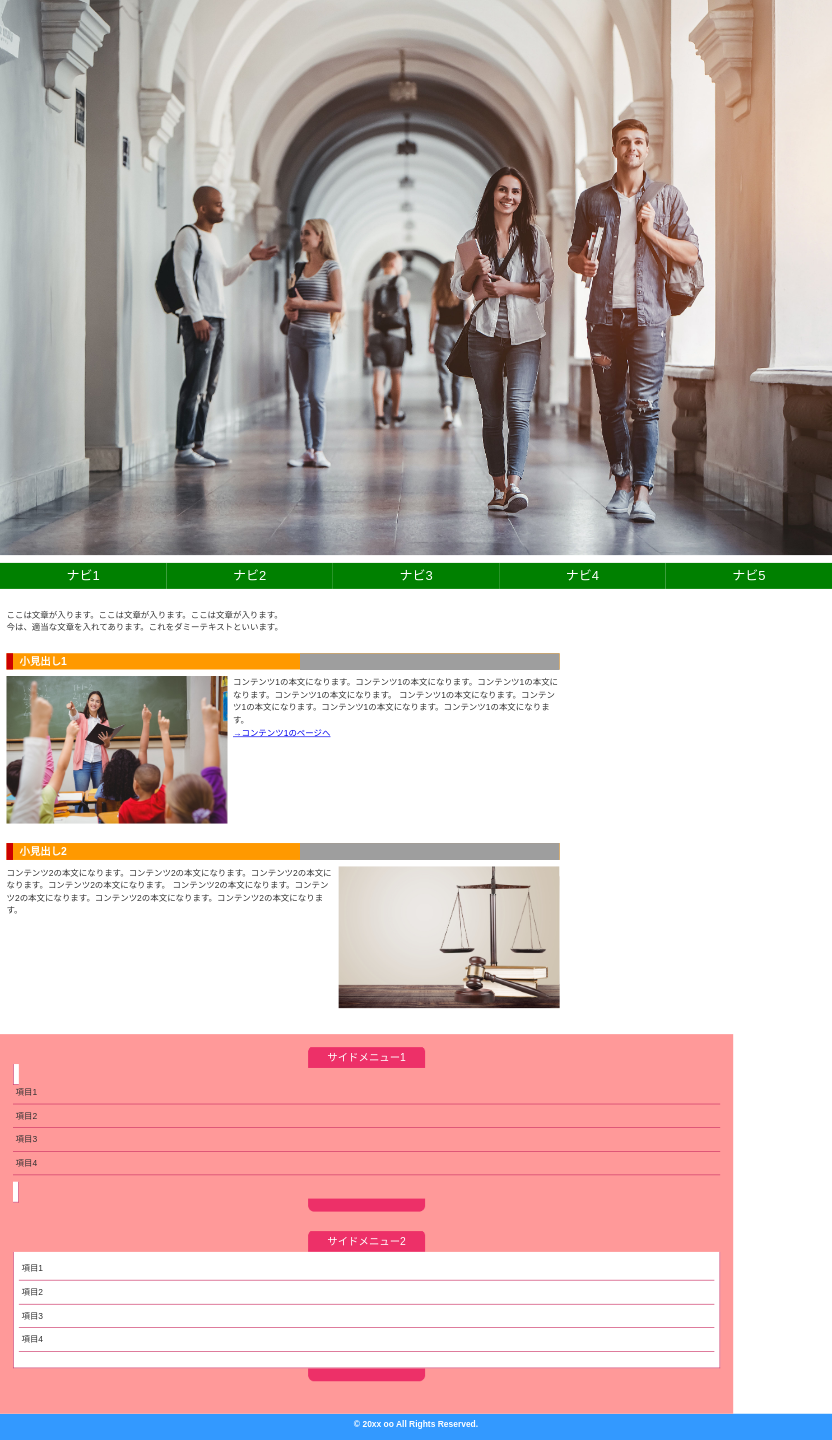
Repository: iDicek/samurai_HTML-CSS
Page: home.html
The author's editor kept a record of every edit. The page is drawn from the files as they stood at one moment, then again after the next edit.
The browser window is 1280 px wide. The pictures show the whole page, at 65% of full size.
Pictures or frames that could not be fetched are drawn as grey boxes.

Above is the page before.

### home.html
<!DOCTYPE html>
<html lang="ja">
    <head>
       <meta charset="UTF-8">
       <title>HTML/CSSの学習</title>
       <link rel="stylesheet" href="stylesheet.css"
    </head>
    <body>
        <div id="header">
            <h1><a href="index.html"><img id="corridor" src="images/corridor.jpg" alt="大学の廊下"></a></h1>
        </div>
        <div id="wrapper">
            <div id="nav">
                <ul>
                    <li><a href="home.html">ナビ1</a></li>
                    <li><a href="#">ナビ2</a></li>
                    <li><a href="#">ナビ3</a></li>
                    <li><a href="#">ナビ4</a></li>
                    <li><a href="#">ナビ5</a></li>
                </ul>
            </div>
                <div id="container">
                    <div id="main">
                        <div class="post">
                            <p>ここは文章が入ります。ここは文章が入ります。ここは文章が入ります。<br/>今は、適当な文章を入れてあります。これをダミーテキストといいます。</p>
                        </div>
                        <div class="post clearfix">
                            <h2>小見出し1</h2>
                            <img class="left" src="images/classroom.jpg" alt="授業風景"/>
                            <p>
                                コンテンツ1の本文になります。コンテンツ1の本文になります。コンテンツ1の本文になります。コンテンツ1の本文になります。
                                コンテンツ1の本文になります。コンテンツ1の本文になります。コンテンツ1の本文になります。コンテンツ1の本文になります。
                            </p>
                            <p><a href="#">→コンテンツ1のページへ</a></p>
                        </div>
                        <div class="post clearfix">
                            <h2>小見出し2</h2>
                            <img class="right" src="images/scale.jpg" alt="天秤"/>
                            <p>
                                コンテンツ2の本文になります。コンテンツ2の本文になります。コンテンツ2の本文になります。コンテンツ2の本文になります。
                                コンテンツ2の本文になります。コンテンツ2の本文になります。コンテンツ2の本文になります。コンテンツ2の本文になります。
                            </p>
                        </div>
                    </div>
                </div>
                <div id="side">
                    <div class="box">
                        <h2>サイドメニュー1</h2>
                        <dix class="boxBody">
                            <ul>
                                <li>項目1</li>
                                <li>項目2</li>
                                <li>項目3</li>
                                <li>項目4</li>
                            </ul>
                        </dix>
                    </div>
                    <div class="box">
                        <h2>サイドメニュー2</h2>
                        <div class="boxBody">
                            <ul>
                                <li>項目1</li>
                                <li>項目2</li>
                                <li>項目3</li>
                                <li>項目4</li>
                            </ul>
                        </div>
                    </div>
                </div>
        </div>
        <div id="footer">
            <p>&copy; 20xx oo All Rights Reserved.</p>
        </div>
    </body>
</html>

### stylesheet.css
@charset "utf-8";

body {
	margin: 0;
	padding: 0;
	font-family: "ヒラギノ角ゴ Pro W3", "Hiragino Kaku Gothic Pro", "メイリオ", Meiryo, Osaka, "ＭＳ Ｐゴシック", "MS PGothic", sans-serif;
	color: #333;
	font-size: 13px;
	line-height: 150%;
}

/* -------------------- wrapper -------------------- */
#wrapper {
	width: 100%;
	margin: auto;
	padding: 0px;
	border: 0px;
	background-color: #FFF;
	top: 10px;
	position: relative;
}

/* -------------------- header -------------------- */
#header {
	width: 100%;
}
#header h1 {
	margin: 0;
	padding: 0;
}

#corridor {
	width: 100%;
	height: auto;
}

/* -------------------- footer -------------------- */
#footer {
	clear: both;
	width: 100%;
	padding: 3px 0 3px 0;
	background: #39F;
	color: #FFF;
	font-weight: bold;
	text-align: center;
}

/* -------------------- nav -------------------- */
#nav {
	width: 100%;
}
#nav ul {
	display: flex;
	margin: 0;
	padding: 0;
	list-style-type: none;
}
#nav ul li {
	width: 20%;
	text-align: center;
}
#nav ul li a {
	display: block;
	height: 20px;
	margin: 0;
	padding: 10px;
	color: #FFF;
	font-size: 20px;
	text-decoration: none;
	background-color: green;
}

#nav ul li a:hover {
	filter: drop-shadow(10px 10px 10px black);
}

/* -------------------- container -------------------- */
#container {
	width: 100%;
	margin: auto ;
	padding: auto;
	padding-top: 20px;
	clear: both;
	display: grid;
	grid-template-columns: 70vw 30vw;
}
/* -------------------- main -------------------- */
#main {
	width: 95%;
	padding: 10px 30px 10px 10px;
}
#main h2 {
	margin: 0 0 10px 0;
	padding: 3px 10px 3px 10px;
	color: #FFF;
	font-size: 16px;
	border-left: solid 10px #C00;
	background: #F90 url(../images/main_h2.jpg) right top repeat-y;
}
#main p {
	margin: 0;
	padding: 0;
}
#main .post {
	margin: 0 0 30px 0;
}

#main .post img.right {
	margin: 0 0 0 8px;
}
#main .post img.left {
	margin: 0 8px 0 0;
}

.right {
	float: right;
	width: 40%;
	height: auto;
}
.left {
	float: left;
	width: 40%;
	height: auto;
}

/* -------------------- clearfix -------------------- */
.clearfix {
	zoom: 1;
}
.clearfix:after{
	content: "";
	display: block;
	clear: both;
}

/* -------------------- side -------------------- */
#side {
	width: 85%;
	padding: 20px;
	background-color: #F99;
}
#side .box {
	margin: 0 auto 30px auto;
	padding: 0 0 20px 0;
	background: url(images/side_box.png) bottom no-repeat;
}
#side .box h2 {
	margin: 0;
	padding: 8px;
	text-align: center;
	color: #fff;
	font-size: 16px;
	line-height: 16px;
	font-weight: normal;
	background: url(images/side_box_h2.png) center no-repeat;
}
#side .box .boxBody {
	padding: 8px;
	border-right: solid 1px #C36;
	border-bottom: solid 1px #C36;
	border-left: solid 1px #C36;
	background: #fff;
}
#side .box .boxBody ul {
	margin: 0 0 16px 0;
	padding: 0;
}
#side .box .boxBody ul li {
	padding: 8px 0 8px 4px;
	list-style: none;
	border-bottom: solid 1px #C36;
}

#side .box .boxBody ul li:hover {
	padding: 8px 0 8px 4px;
	list-style: none;
	border-bottom: solid 1px #C36;
	box-shadow: 0px 4px 4px rgba(0, 0, 0, 0.3);
}

After the next edit:
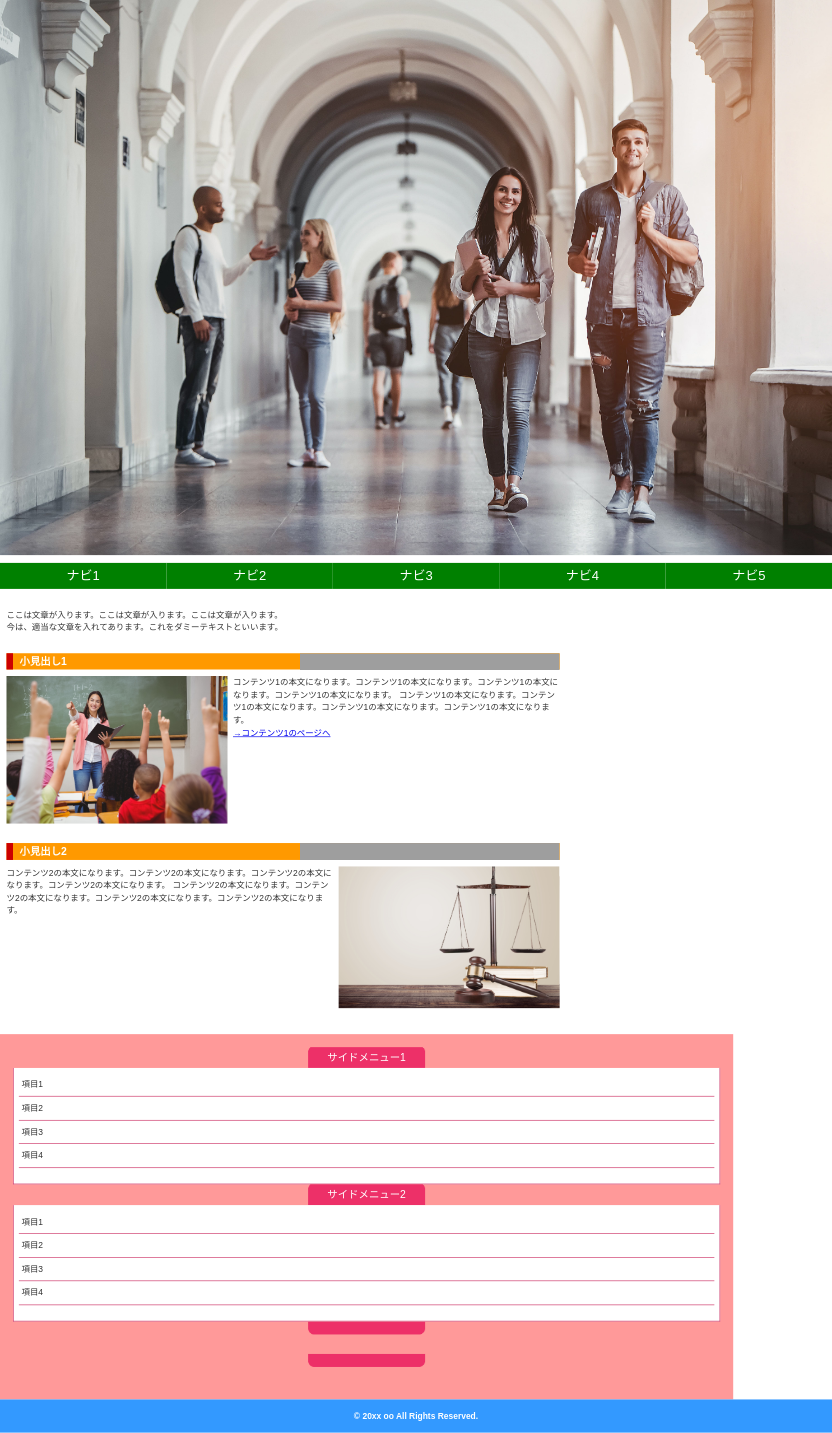
The edit:
--- a/home.html
+++ b/home.html
@@ -46,7 +46,7 @@
                 <div id="side">
                     <div class="box">
                         <h2>サイドメニュー1</h2>
-                        <dix class="boxBody">
+                        <div class="boxBody">
                             <ul>
                                 <li>項目1</li>
                                 <li>項目2</li>
